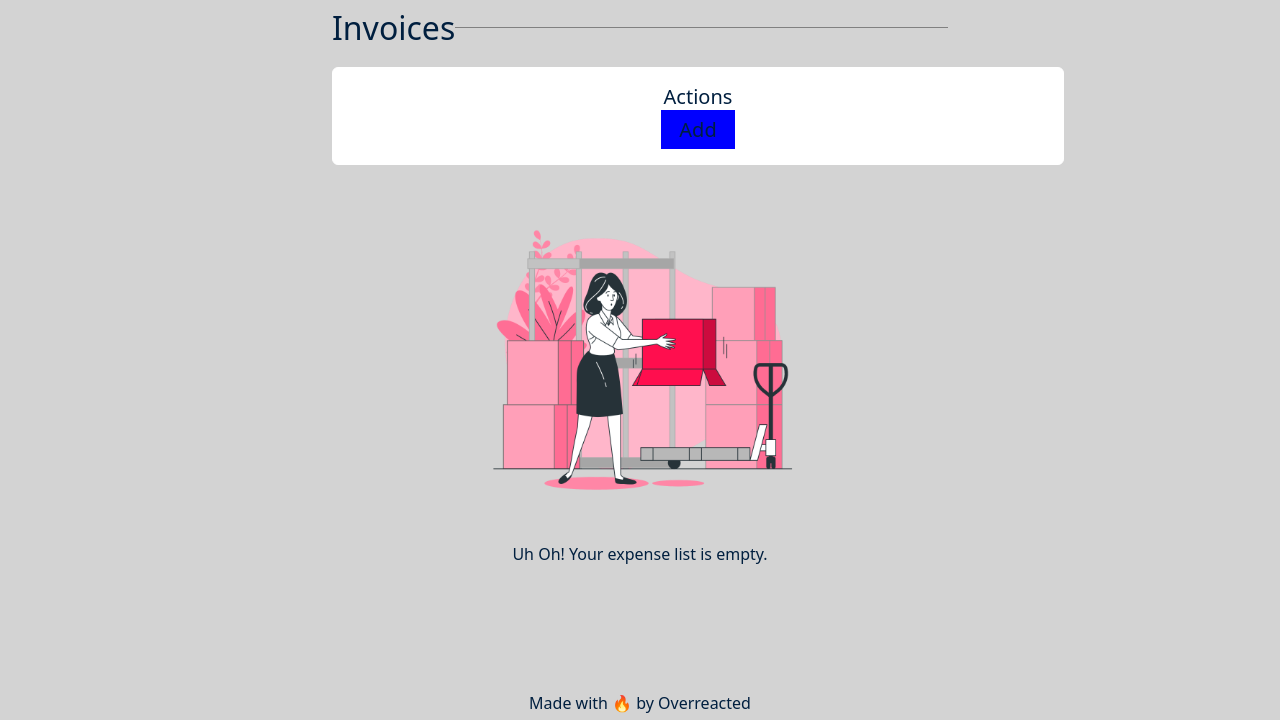
Repository: om1ars/task3
Page: /
The author's editor kept a copy of each file at every save. The page is drawn from the files as they stood at one save, then again after a run of saves.
The browser window is 1280 px wide. The pictures show the whole page.
Some web libraries are served in a nearby version. The project was rebuilt for these pictures with package versions that can differ from the ones it lists, and the page was loaded fresh each time. Also part of the build but not shown: src/constants/add-expense.js, src/components/add-form/add-form.css, src/components/add-form/success-modal.css, src/components/add-form/success-modal.js, src/components/add-form/index.js, src/pages/add-expense/add-expense.css, src/pages/add-expense/index.js, src/components/expense-list/card.css and 1 more.

Above is the page before, as saved 2021-12-18 14:47:10.

After the next 3 saves:
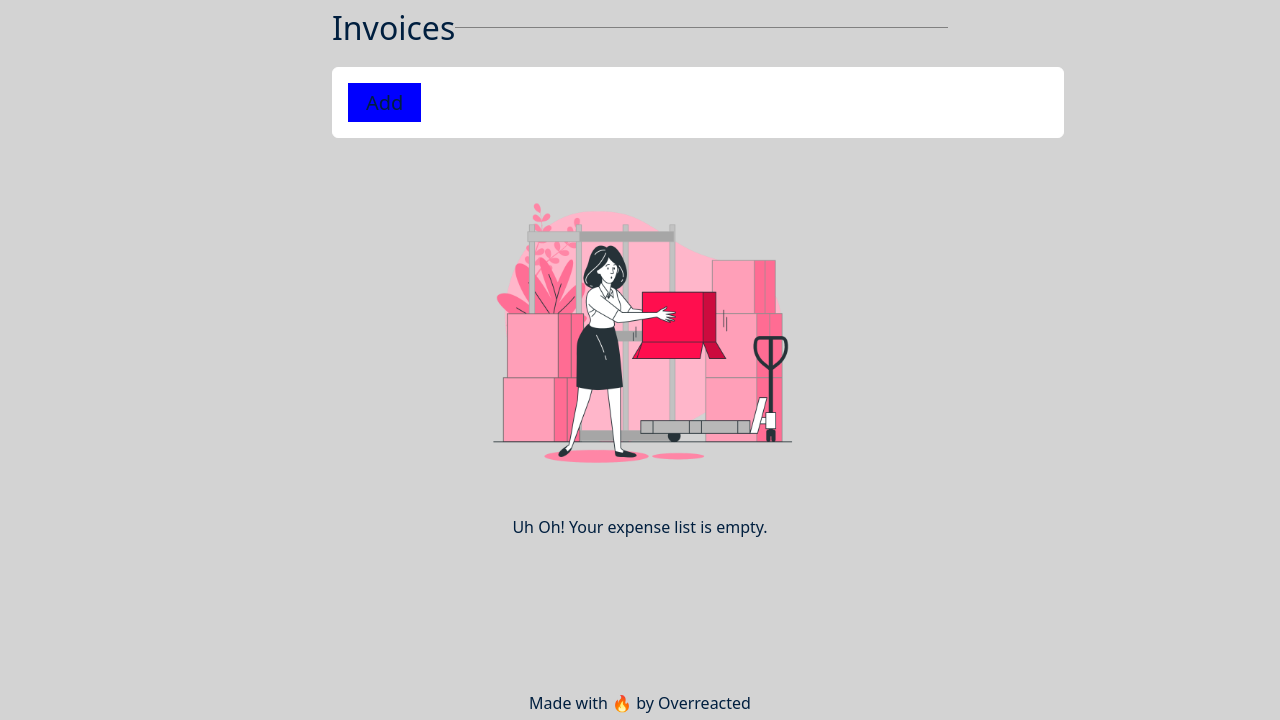
The 3 saves are shown as one change because they came seconds apart.
The last was saved 12 s later.
--- a/src/components/top-fold/index.js
+++ b/src/components/top-fold/index.js
@@ -29,12 +29,8 @@ const TopFold = () => {
                 width: "700px",
                 backgroundColor: "white",
                 padding: 15,
-                display: "flex",
-                flexDirection: "column",
-                float: "left"
               }}
             >
-              Actions
               <label style={{ padding: "6px 18px", backgroundColor: "blue" }}>
                 Add
               </label>
